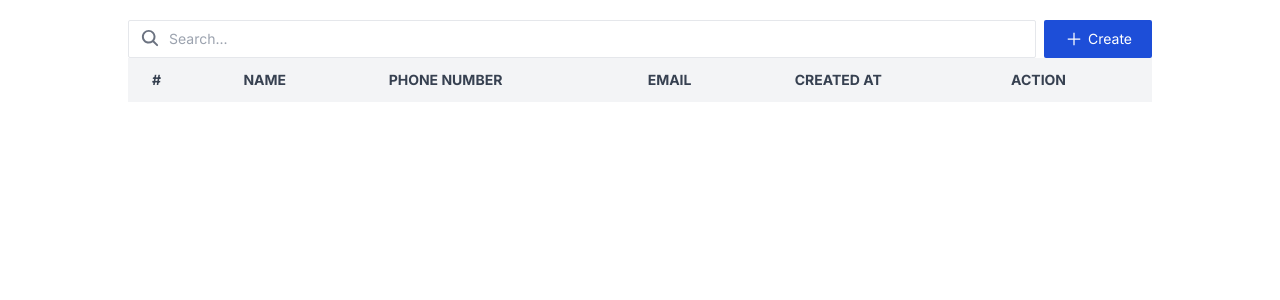
Repository: KilluaProject/crud-nextjs14
Page: /contacts
An editor plug-in stored every save of this project. The page is shown before and after the next save, followed by the edit.
The browser window is 1280 px wide. The pictures show the whole page.
The project was rebuilt for these pictures with package versions that can differ from the ones it lists, and the page was loaded fresh each time. The framework's server and built-in components were replaced by stand-ins that run in the browser. Also part of the build but not shown: next.config.mjs.

Above is the page before, as saved 2024-06-30 11:47:56.

### app/layout.tsx
import type { Metadata } from "next";
import { Inter } from "next/font/google";
import "./globals.css";

const inter = Inter({ subsets: ["latin"] });

export const metadata: Metadata = {
  title: "CRUD Apps",
  description: "Generated by create next app",
};

export default function RootLayout({
  children,
}: Readonly<{
  children: React.ReactNode;
}>) {
  return (
    <html lang="en">
      <body className={inter.className}>{children}</body>
    </html>
  );
}

### app/contacts/page.tsx
import { CreateButton } from '@/components/Button'
import ContactsTable from '@/components/ContactsTable'
import Search from '@/components/Search'


const ContactsPage = () => {
  return (
    <div className='max-w-screen-lg mx-auto mt-5'>
        <div className='flex flex-1 gap-2'>
            <Search/>
            <CreateButton/>
        </div>
        <ContactsTable/>
    </div>
  )
}

export default ContactsPage

### components/Button.tsx
import Link from "next/link"
import { IoAddSharp } from "react-icons/io5"


export const CreateButton = () =>{
    return(
        <Link className="inline-flex items-center gap-1 text-white bg-blue-700 hover:bg-blue-800 px-5 py-[9px] rounded-sm text-sm" href="/contacts/create">
            <IoAddSharp size={20} />
            Create
        </Link>
    )
}

### components/ContactsTable.tsx


const ContactsTable = () => {
  return (
    <table className="w-full text-sm text-left text-gray-500">
        <thead className="text-sm text-gray-700 uppercase bg-gray-100">
            <tr>
                <th className="py-3 px-6">#</th>
                <th className="py-3 px-6">Name</th>
                <th className="py-3 px-6">Phone Number</th>
                <th className="py-3 px-6">Email</th>
                <th className="py-3 px-6">Created At</th>
                <th className="py-3 px-6">Action</th>
            </tr>
        </thead>
        <tbody>
            <tr>
                <td className="py-3 px-6"></td>
                <td className="py-3 px-6"></td>
                <td className="py-3 px-6"></td>
                <td className="py-3 px-6"></td>
                <td className="py-3 px-6"></td>
                <td className="py-3 px-6"></td>
            </tr>
        </tbody>
    </table>
  )
}

export default ContactsTable

### components/Search.tsx
import React from 'react'
import { IoSearch } from 'react-icons/io5'

const Search = () => {
  return (
    <div className='relative flex flex-1'>
        <input
        placeholder='Search...'
        className='w-full border border-gray-200 py-2 pl-10 text-sm outline-2 rounded-sm'
        type="text" />
        <IoSearch className='absolute left-3 top-2 h-5 w-5 text-gray-500'/>
    </div>
  )
}

export default Search

Loaded but not shown: app/globals.css (common file); tailwind.config.ts (common file)

After the next save:
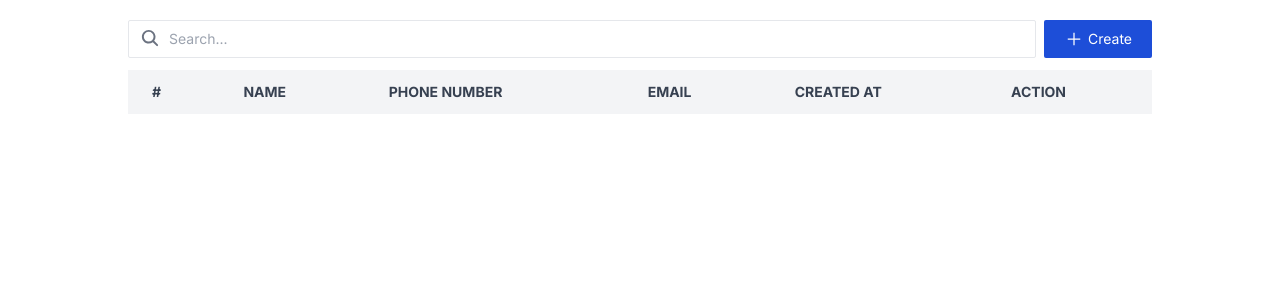
Saved 23 s later.
--- a/app/contacts/page.tsx
+++ b/app/contacts/page.tsx
@@ -6,7 +6,7 @@ import Search from '@/components/Search'
 const ContactsPage = () => {
   return (
     <div className='max-w-screen-lg mx-auto mt-5'>
-        <div className='flex flex-1 gap-2'>
+        <div className='flex flex-1 gap-2 mb-3'>
             <Search/>
             <CreateButton/>
         </div>
